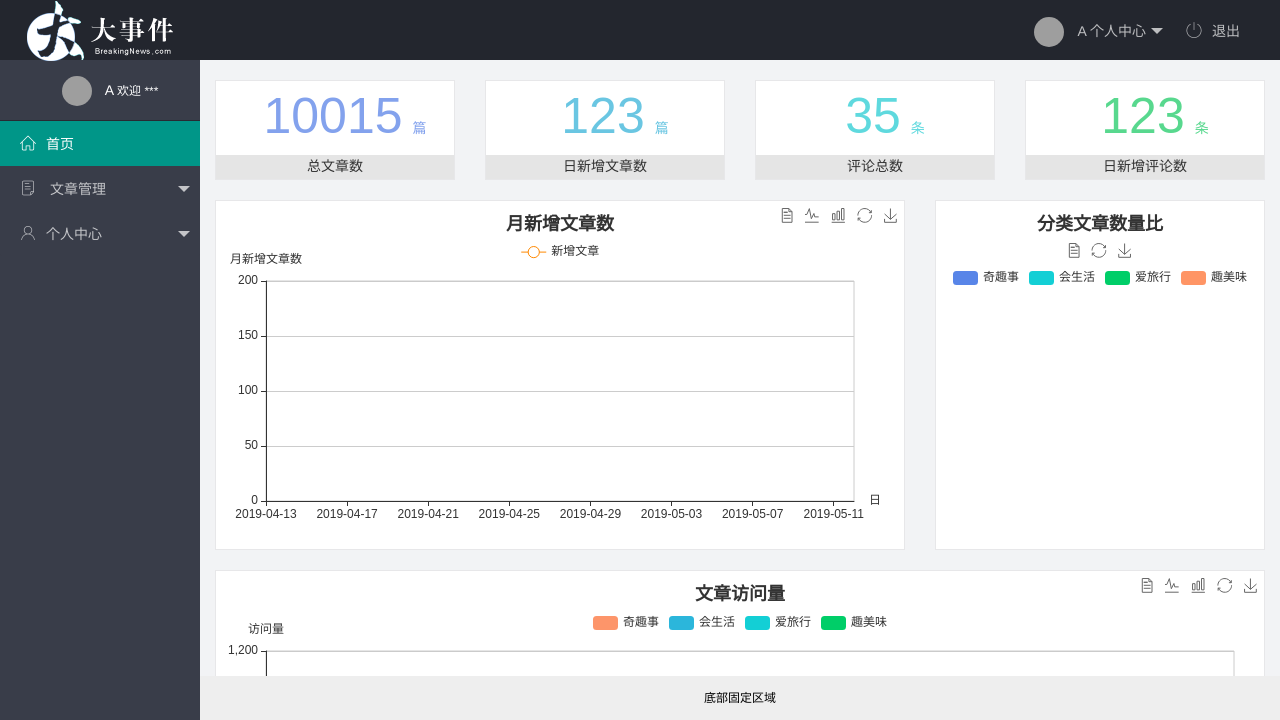
Repository: lithronmatic/web_bigbigevent
Page: index.html
An editor plug-in stored every save of this project. The page is shown before and after the next save, followed by the edit.
The browser window is 1280 px wide. The pictures show the whole page.
Pictures or frames that could not be fetched are drawn as grey boxes. The page's requests for data from a server got no answer.

Above is the page before, as saved 2022-09-03 09:44:16.

### index.html
<!DOCTYPE html>
<html lang="en">

<head>
    <meta charset="UTF-8">
    <meta http-equiv="X-UA-Compatible" content="IE=edge">
    <meta name="viewport" content="width=device-width, initial-scale=1.0">
    <title>后台主页</title>
    <link rel="stylesheet" href="./assets/lib/layui/css/layui.css">
    <link rel="stylesheet" href="./assets/fonts/iconfont.css">
    <link rel="stylesheet" href="./assets/css/index.css">
</head>

<body>
    <div class="layui-layout layui-layout-admin">
        <div class="layui-header">
            <div class="layui-logo">
                <img src="./assets/images/logo.png" alt="">
            </div>
            <!-- 头部区域（可配合layui 已有的水平导航） -->
            <ul class="layui-nav layui-layout-right">
                <li class="layui-nav-item layui-hide layui-show-md-inline-block">
                    <a href="javascript:;" class="userinfo">
                        <img src="//tva1.sinaimg.cn/crop.0.0.118.118.180/5db11ff4gw1e77d3nqrv8j203b03cweg.jpg"
                            class="layui-nav-img">
                        <span class="text-avatar">A</span>
                        个人中心
                    </a>
                    <dl class="layui-nav-child">
                        <dd><a href="">基本资料</a></dd>
                        <dd><a href="">更换头像</a></dd>
                        <dd><a href="">重置密码</a></dd>
                    </dl>
                </li>
                <li class="layui-nav-item">
                    <a href="javascript:;">
                        <span class="iconfont icon-tuichu"></span>退出
                    </a>
                </li>
            </ul>
        </div>

        <div class="layui-side layui-bg-black">
            <div class="layui-side-scroll">
                <div class="userinfo">
                    <img src="//tva1.sinaimg.cn/crop.0.0.118.118.180/5db11ff4gw1e77d3nqrv8j203b03cweg.jpg"
                        class="layui-nav-img">
                    <span class="text-avatar">A</span>
                    <span id="welcome">欢迎 ***</span>
                </div>
                <!-- 左侧导航区域（可配合layui已有的垂直导航） -->
                <ul class="layui-nav layui-nav-tree" lay-shrink="all" lay-filter="test">
                    <li class="layui-nav-item layui-this">
                        <a href="./home/dashboard.html" target="fm"><span class="iconfont icon-home"></span>首页</a>
                    </li>
                    <li class="layui-nav-item">
                        <a class="" href="javascript:;"><span class="iconfont icon-16"></span>
                            文章管理
                        </a>
                        <dl class="layui-nav-child">
                            <dd><a href="javascript:;"><i class="layui-icon layui-icon-app"></i>文章类别</a></dd>
                            <dd><a href="javascript:;"><i class="layui-icon layui-icon-app"></i>文章列表</a></dd>
                            <dd><a href="javascript:;"><i class="layui-icon layui-icon-app"></i>发布文章</a></dd>
                        </dl>
                    </li>
                    <li class="layui-nav-item">
                        <a href="javascript:;"><span class="iconfont icon-user"></span>个人中心</a>
                        <dl class="layui-nav-child">
                            <dd><a href="javascript:;">基本资料</a></dd>
                            <dd><a href="javascript:;">更换头像</a></dd>
                            <dd><a href="javascript:;">重置密码</a></dd>
                        </dl>
                    </li>
                </ul>
            </div>
        </div>

        <div class="layui-body">
            <!-- 内容主体区域 -->
            <iframe src="./home/dashboard.html" name="fm" frameborder="0"></iframe>
        </div>

        <div class="layui-footer">
            <!-- 底部固定区域 -->
            底部固定区域
        </div>
    </div>

    <!-- 导入layui.js文件 -->
    <script src="./assets/lib/layui/layui.all.js"></script>
    <!-- 导入jquery -->
    <script src="./assets/lib/jquery.js"></script>
    <!-- 导入baseAPI -->
    <script src="./assets/js/baseAPI.js"></script>
    <!-- 导入自己的js -->
    <script src="./assets/js/index.js"></script>
</body>

</html>

### assets/css/index.css
/* .iconfont{
    margin-right:8px;
}

.layui-icon{
    margin-right:8px;
    margin-left:20px;
}

iframe{
    width: 100%;
    height: 100%;
}

.layui-body{
    overflow: hidden;
}

a{
    transition: none!important;
}

.userinfo{
    height:60px;
    line-height: 60px;
    text-align: center;
    border-bottom:1px solid #282b33;

}

#welcome{
    color:#fff;
    font-size: 12px;
    /* 禁止用户选中 */
    /* user-select: none;
} */

/* .layui-nav-img{
    width:40px;
    height:40px;
}

.text-avatar{
    display: inline-block;
    width: 40px;
    height:40px;
    font-size: 20px;
    background-color: #009688;
    text-align: center;
    line-height: 40px;
    border-radius: 50%;
    position:relative;
    top:4px;
    margin-right: 10px;
}  */

.layui-footer{
    text-align: center;
    font-size: 12px;
}
.iconfont{
    margin-right:10px;
}
.layui-icon{
    margin-right:10px;
}
iframe{
    width:100%;
    height:100%;
}
.layui-body{
    overflow: hidden;
}
.userinfo{
    height:60px;
    line-height: 60px;
    text-align: center;
}
#welcome{
    color:#fff;
    font-size: 12px;
    /* 禁止用户选中  */
    user-select: none;
}
.layui-side-scroll .userinfo{
    border-bottom:1px solid #282b33;
}

### assets/js/baseAPI.js
// 在调用$.get()或$.post()或$.ajax()之前，都会先调用
// $.ajaxPrefilter这个函数
$.ajaxPrefilter(function(options){
    // console.log(options.url);//
    // 在发起真正的Ajax请求之前，统一拼接请求的根路径
    options.url = "http://www.liulongbin.top:3007" + options.url;
})

### assets/js/index.js
// $(function(){
//     getUserInfo();
// })

// var layer = layui.layer;
// // 获取用户的基本信息
// function getUserInfo(){
//     $.ajax({
//         method:'GET',
//         url:'/my/userinfo',
//         // headers就是请求头配置对象
//         headers:{
//             Authorization:localStorage.getItem('token') || ""
//         },
//         success:function(res){
//            if(res.status!==0){
//              return layui.layer.msg('获取用户信息失败!');
//            }
//         //调用renderAvatar 渲染用户的头像
//         renderAvatar(res.data);
//         }
//     })
// }

// // 渲染用户的头像
// function renderAvatar(user){
//     // 1.获取用户名称
//     var name = user.nickname || user.username;
//     // 2.设置欢迎的文本
//     $('#welcome').html('欢迎&nbsp;&nbsp;'+ name);
//     // 3.按需渲染用户的头像
//     if(user.user_pic!==null){
//         // 3.1渲染图片头像
//         $(".layui-nav-img").attr('src',user.user_pic).show();
//         // 让文本头像隐藏
//         $(".text-avatar").hide();
//     }else{
//         // 3.2渲染文本头像
//         // 让图片头像隐藏
//         $(".layui-nav-img").hide();
//         //渲染文本头像
//         var first = name[0].toUpperCase();
//         $(".text-avatar").html(first).show();
//     }
// }

$(function(){
    getUserInfo()

})

// 获取用户基本信息
function getUserInfo(){
    $.ajax({
        type:'GET',
        url:'/my/userinfo',
        // headers 请求头配置对象
        headers:{
            Authorization:localStorage.getItem('token')
        },
        success:function(res){
            if(res.status!=0){
                return layui.layer.msg('获取用户信息失败!')
            }
            // 调用renderAvatar渲染用户的头像
            renderAvatar(res.data)
        }
    })
}

// 渲染用户的头像
function renderAvatar(user){

}

### home/dashboard.html
<!DOCTYPE html>
<html lang="en">

<head>
  <meta charset="UTF-8">
  <meta name="viewport" content="width=device-width, initial-scale=1.0">
  <meta http-equiv="X-UA-Compatible" content="ie=edge">
  <title>图表统计</title>
  <link rel="stylesheet" href="../../assets/lib/bootstrap.css" />
  <link rel="stylesheet" href="../../assets/lib/main.css" />
  <script src="../../assets/lib/jquery.js"></script>
  <script type="text/javascript" src="../../assets/lib/echarts.min.js"></script>
</head>

<body>
  <div class="container-fluid">
    <div class="row spannel_list">
      <div class="col-sm-3 col-xs-6">
        <div class="spannel">
          <em>10015</em><span>篇</span>
          <b>总文章数</b>
        </div>
      </div>
      <div class="col-sm-3 col-xs-6">
        <div class="spannel scolor01">
          <em>123</em><span>篇</span>
          <b>日新增文章数</b>
        </div>
      </div>
      <div class="col-sm-3 col-xs-6">
        <div class="spannel scolor02">
          <em>35</em><span>条</span>
          <b>评论总数</b>
        </div>
      </div>
      <div class="col-sm-3 col-xs-6">
        <div class="spannel scolor03">
          <em>123</em><span>条</span>
          <b>日新增评论数</b>
        </div>
      </div>
    </div>
  </div>

  <div class="container-fluid">
    <div class="row curve-pie">
      <div class="col-lg-8 col-md-8">
        <div class="gragh_pannel" id="curve_show"></div>
      </div>
      <div class="col-lg-4 col-md-4">
        <div class="gragh_pannel" id="pie_show"></div>
      </div>
    </div>
  </div>

  <div class="container-fluid">
    <div class="column_pannel" id="column_show"></div>
  </div>

  <script>
    var oChart = echarts.init(document.getElementById('curve_show'));
    var aList_all = [
      { 'count': 36, 'date': '2019-04-13' },
      { 'count': 52, 'date': '2019-04-14' },
      { 'count': 78, 'date': '2019-04-15' },
      { 'count': 85, 'date': '2019-04-16' },
      { 'count': 65, 'date': '2019-04-17' },
      { 'count': 72, 'date': '2019-04-18' },
      { 'count': 88, 'date': '2019-04-19' },
      { 'count': 64, 'date': '2019-04-20' },
      { 'count': 72, 'date': '2019-04-21' },
      { 'count': 90, 'date': '2019-04-22' },
      { 'count': 96, 'date': '2019-04-23' },
      { 'count': 100, 'date': '2019-04-24' },
      { 'count': 102, 'date': '2019-04-25' },
      { 'count': 110, 'date': '2019-04-26' },
      { 'count': 123, 'date': '2019-04-27' },
      { 'count': 100, 'date': '2019-04-28' },
      { 'count': 132, 'date': '2019-04-29' },
      { 'count': 146, 'date': '2019-04-30' },
      { 'count': 200, 'date': '2019-05-01' },
      { 'count': 180, 'date': '2019-05-02' },
      { 'count': 163, 'date': '2019-05-03' },
      { 'count': 110, 'date': '2019-05-04' },
      { 'count': 80, 'date': '2019-05-05' },
      { 'count': 82, 'date': '2019-05-06' },
      { 'count': 70, 'date': '2019-05-07' },
      { 'count': 65, 'date': '2019-05-08' },
      { 'count': 54, 'date': '2019-05-09' },
      { 'count': 40, 'date': '2019-05-10' },
      { 'count': 45, 'date': '2019-05-11' },
      { 'count': 38, 'date': '2019-05-12' },
    ];

    let aCount = [];
    let aDate = [];

    for (var i = 0; i < aList_all.length; i++) {
      aCount.push(aList_all[i].count);
      aDate.push(aList_all[i].date);
    }

    var chartopt = {
      title: {
        text: '月新增文章数',
        left: 'center',
        top: '10'
      },
      tooltip: {
        trigger: 'axis'
      },
      legend: {
        data: ['新增文章'],
        top: '40'
      },
      toolbox: {
        show: true,
        feature: {
          mark: { show: true },
          dataView: { show: true, readOnly: false },
          magicType: { show: true, type: ['line', 'bar'] },
          restore: { show: true },
          saveAsImage: { show: true }
        }
      },
      calculable: true,
      xAxis: [
        {
          name: '日',
          type: 'category',
          boundaryGap: false,
          data: aDate
        }
      ],
      yAxis: [
        {
          name: '月新增文章数',
          type: 'value'
        }
      ],
      series: [
        {
          name: '新增文章',
          type: 'line',
          smooth: true,
          itemStyle: { normal: { areaStyle: { type: 'default' }, color: '#f80' }, lineStyle: { color: '#f80' } },
          data: aCount
        }],
      areaStyle: {
        normal: {
          color: new echarts.graphic.LinearGradient(0, 0, 0, 1, [{
            offset: 0,
            color: 'rgba(255,136,0,0.39)'
          }, {
            offset: .34,
            color: 'rgba(255,180,0,0.25)'
          }, {
            offset: 1,
            color: 'rgba(255,222,0,0.00)'
          }])

        }
      },
      grid: {
        show: true,
        x: 50,
        x2: 50,
        y: 80,
        height: 220
      }
    };

    oChart.setOption(chartopt);


    var oPie = echarts.init(document.getElementById('pie_show'));
    var oPieopt =
    {
      title: {
        top: 10,
        text: '分类文章数量比',
        x: 'center'
      },
      tooltip: {
        trigger: 'item',
        formatter: "{a} <br/>{b} : {c} ({d}%)"
      },
      color: ['#5885e8', '#13cfd5', '#00ce68', '#ff9565'],
      legend: {
        x: 'center',
        top: 65,
        data: ['奇趣事', '会生活', '爱旅行', '趣美味']
      },
      toolbox: {
        show: true,
        x: 'center',
        top: 35,
        feature: {
          mark: { show: true },
          dataView: { show: true, readOnly: false },
          magicType: {
            show: true,
            type: ['pie', 'funnel'],
            option: {
              funnel: {
                x: '25%',
                width: '50%',
                funnelAlign: 'left',
                max: 1548
              }
            }
          },
          restore: { show: true },
          saveAsImage: { show: true }
        }
      },
      calculable: true,
      series: [
        {
          name: '访问来源',
          type: 'pie',
          radius: ['45%', '60%'],
          center: ['50%', '65%'],
          data: [
            { value: 300, name: '奇趣事' },
            { value: 100, name: '会生活' },
            { value: 260, name: '爱旅行' },
            { value: 180, name: '趣美味' }
          ]
        }
      ]
    };
    oPie.setOption(oPieopt);



    var oColumn = this.echarts.init(document.getElementById('column_show'));
    var oColumnopt =
    {
      title: {
        text: '文章访问量',
        left: 'center',
        top: '10'
      },
      tooltip: {
        trigger: 'axis'
      },
      legend: {
        data: ['奇趣事', '会生活', '爱旅行', '趣美味'],
        top: '40'
      },
      toolbox: {
        show: true,
        feature: {
          mark: { show: true },
          dataView: { show: true, readOnly: false },
          magicType: { show: true, type: ['line', 'bar'] },
          restore: { show: true },
          saveAsImage: { show: true }
        }
      },
      calculable: true,
      xAxis: [
        {
          type: 'category',
          data: ['1月', '2月', '3月', '4月', '5月']
        }
      ],
      yAxis: [
        {
          name: '访问量',
          type: 'value'
        }
      ],
      series: [
        {
          name: '奇趣事',
          type: 'bar',
          barWidth: 20,
          itemStyle: {
            normal: { areaStyle: { type: 'default' }, color: '#fd956a' }
          },
          data: [800, 708, 920, 1090, 1200]
        },
        {
          name: '会生活',
          type: 'bar',
          barWidth: 20,
          itemStyle: {
            normal: { areaStyle: { type: 'default' }, color: '#2bb6db' }
          },
          data: [400, 468, 520, 690, 800]
        },
        {
          name: '爱旅行',
          type: 'bar',
          barWidth: 20,
          itemStyle: {
            normal: { areaStyle: { type: 'default' }, color: '#13cfd5' }
          },
          data: [500, 668, 520, 790, 900]
        },
        {
          name: '趣美味',
          type: 'bar',
          barWidth: 20,
          itemStyle: {
            normal: { areaStyle: { type: 'default' }, color: '#00ce68' }
          },
          data: [600, 508, 720, 890, 1000]
        }
      ],
      grid: {
        show: true,
        x: 50,
        x2: 30,
        y: 80,
        height: 260
      },
      dataZoom: [//给x轴设置滚动条
        {
          start: 0,//默认为0
          end: 100 - 1000 / 31,//默认为100
          type: 'slider',
          show: true,
          xAxisIndex: [0],
          handleSize: 0,//滑动条的 左右2个滑动条的大小
          height: 8,//组件高度
          left: 45, //左边的距离
          right: 50,//右边的距离
          bottom: 26,//右边的距离
          handleColor: '#ddd',//h滑动图标的颜色
          handleStyle: {
            borderColor: "#cacaca",
            borderWidth: "1",
            shadowBlur: 2,
            background: "#ddd",
            shadowColor: "#ddd",
          }
        }]
    };
    oColumn.setOption(oColumnopt);
  </script>
</body>

</html>

Loaded but not shown: assets/lib/layui/css/layui.css (library); assets/fonts/iconfont.css (common file); assets/lib/layui/layui.all.js (library); assets/lib/jquery.js (library); assets/lib/layui/css/modules/laydate/default/laydate.css (library); assets/lib/layui/css/modules/layer/default/layer.css (library); assets/lib/layui/css/modules/code.css (common file); assets/lib/bootstrap.css (library); assets/lib/main.css (library); assets/lib/echarts.min.js (library)

After the next save:
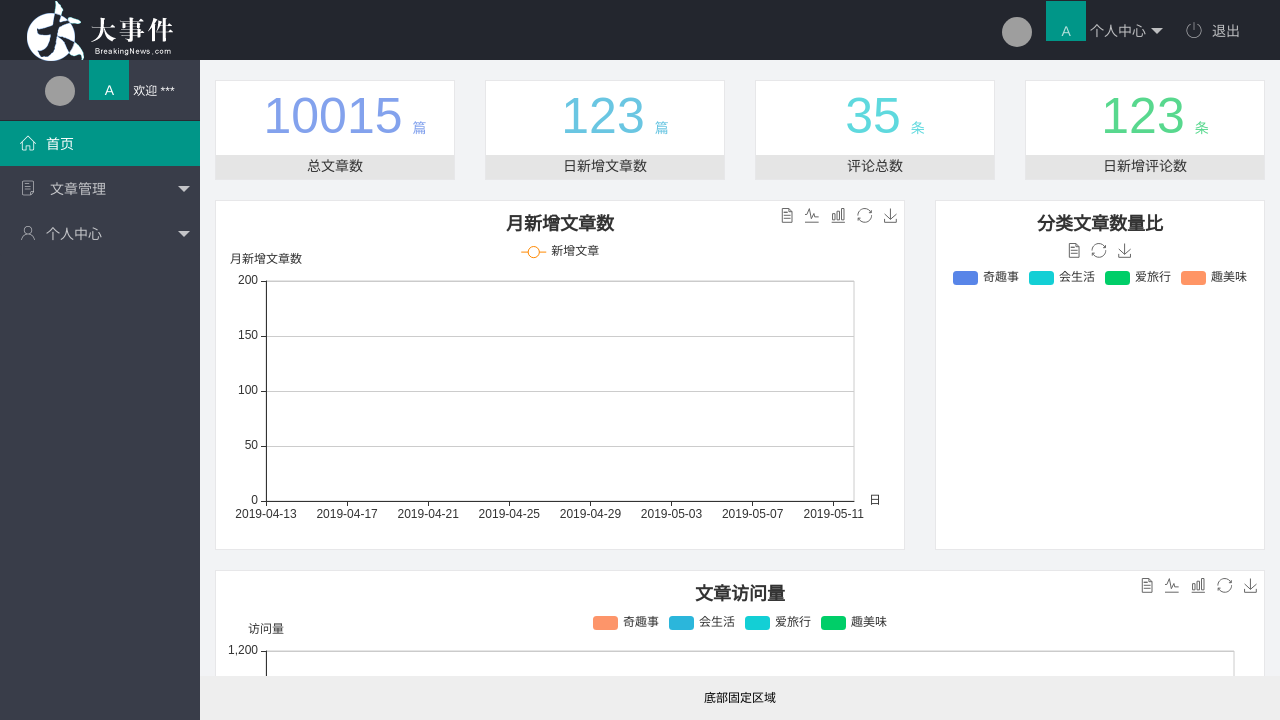
Saved 109 s later.
--- a/assets/css/index.css
+++ b/assets/css/index.css
@@ -85,3 +85,10 @@ iframe{
 .layui-side-scroll .userinfo{
     border-bottom:1px solid #282b33;
 }
+
+.text-avatar{
+    display: inline-block;
+    width:40px;
+    height: 40px;
+    background-color: #009688;
+}
